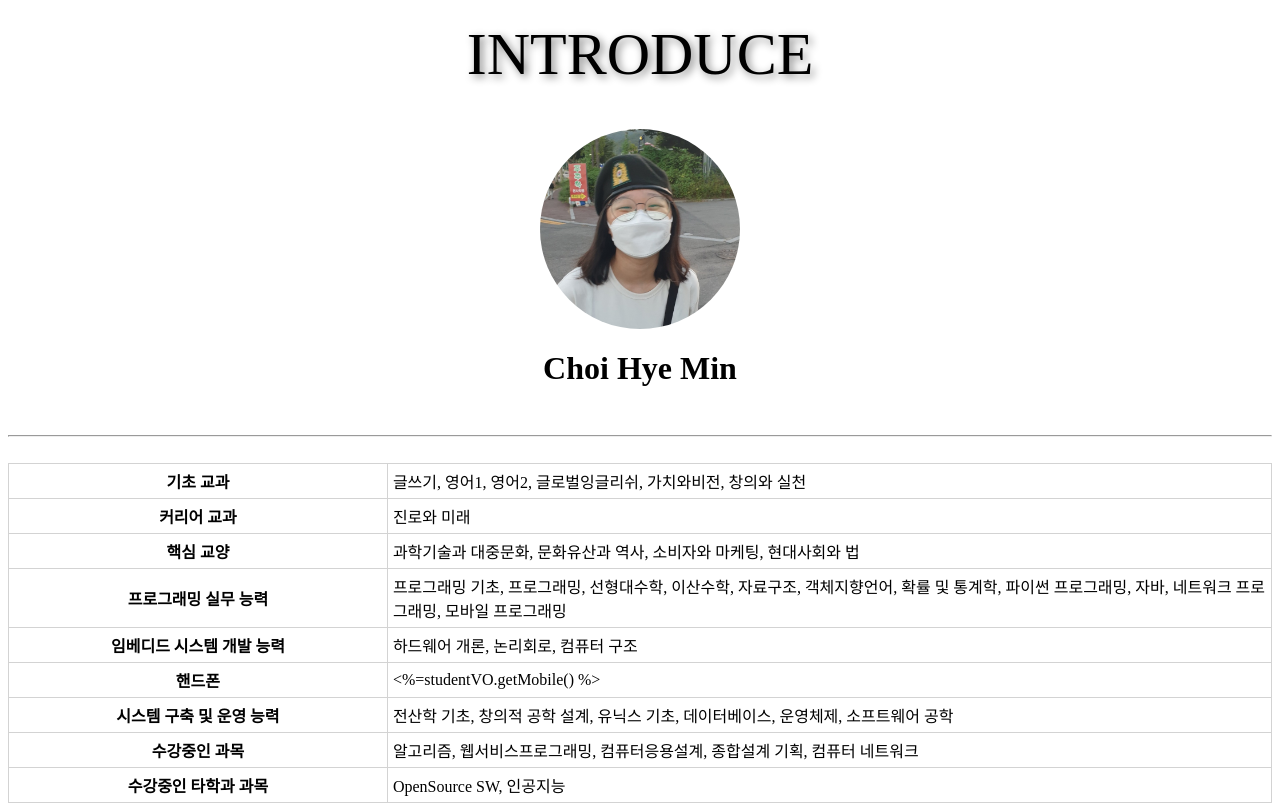
Repository: papav-hub/Web_Study
Page: ChoiHyeMin_reg/src/main/webapp/introduce.html
These files come from the project's save history. The page is drawn as it stood at one moment and after the next save; the edit follows.
The browser window is 1280 px wide. The pictures show the whole page.

Above is the page before, as saved 2021-10-03 19:18:19.

After the next save:
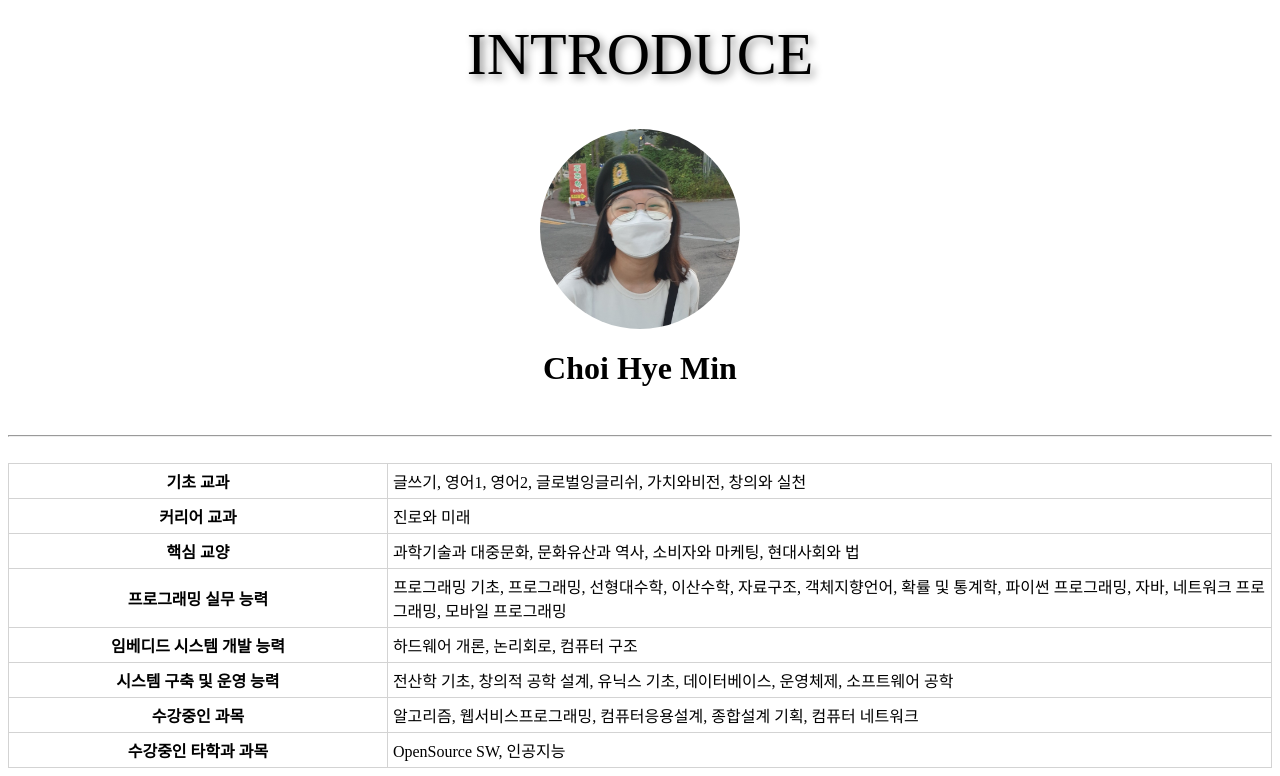
Saved 32 s later.
--- a/ChoiHyeMin_reg/src/main/webapp/introduce.html
+++ b/ChoiHyeMin_reg/src/main/webapp/introduce.html
@@ -58,10 +58,6 @@
 			<td>하드웨어 개론, 논리회로, 컴퓨터 구조</td>
 		</tr>
 		<tr>
-			<th>핸드폰</th>
-			<td><%=studentVO.getMobile() %></td>
-		</tr>
-		<tr>
 			<th>시스템 구축 및 운영 능력</th>
 			<td>전산학 기초, 창의적 공학 설계, 유닉스 기초, 데이터베이스, 운영체제, 소프트웨어 공학</td>
 		</tr>
